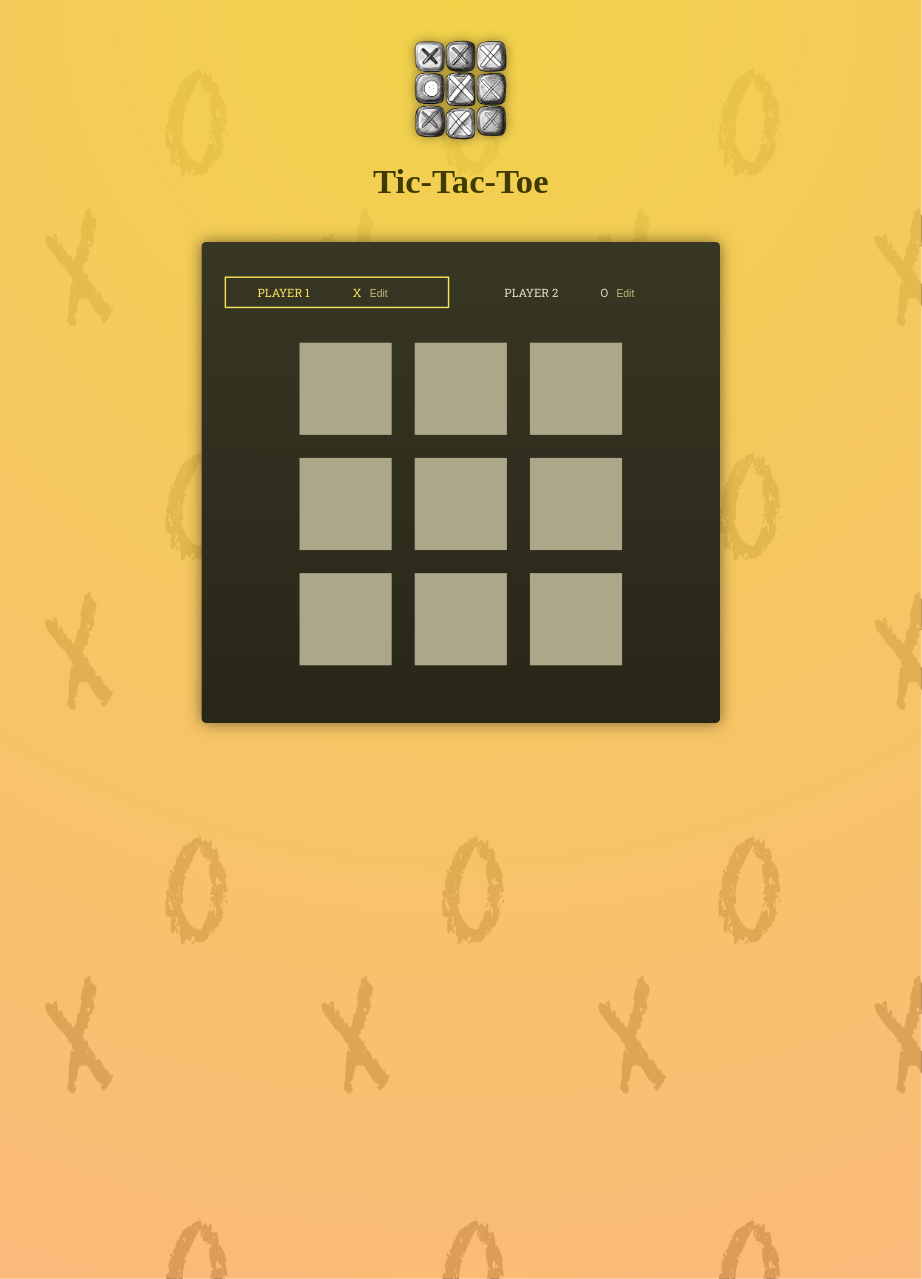
Repository: nithilprasathk/tic-tac-toe
Page: /
These files come from the project's save history. The page is drawn as it stood at one moment and after the next save; the edit follows.
The browser window is 1280 px wide. The pictures show the whole page, at 72% of full size.
Some web fonts or font styles are not loaded; a fallback is used. The project was rebuilt for these pictures with package versions that can differ from the ones it lists, and the page was loaded fresh each time. Also part of the build but not shown: vite.config.js, src/components/GameOver.jsx.

Above is the page before, as saved 2024-02-02 23:11:47.

### index.html
<!DOCTYPE html>
<html lang="en">
  <head>
    <meta charset="UTF-8" />
    <link rel="icon" type="image/svg+xml" href="/game-logo.png" />
    <meta name="viewport" content="width=device-width, initial-scale=1.0" />
    <title>React Tic-Tac-Toe</title>
  </head>
  <body>
    <header>
      <img src="game-logo.png" alt="Tic tac toe game board">
      <h1>Tic-Tac-Toe</h1>
    </header>
    <div id="root"></div>
    <script type="module" src="/src/index.jsx"></script>
  </body>
</html>

### src/App.jsx
import { useState } from "react";
import Player from "./components/Player";
import GameBoard from "./components/GameBoard";
import Log from "./components/Log";
import { WINNING_COMBINATIONS } from "./winning-combinations";
import GameOver from "./components/GameOver";

const initialGameBoard = [
  [null, null, null],
  [null, null, null],
  [null, null, null],
];

function deriveActivePlayer(gameTurns) {
  let currentPlayer = "X";
  if (gameTurns.length > 0 && gameTurns[0].player === "X") {
    currentPlayer = "O";
  }
  return currentPlayer;
}
function App() {
  const [gameTurns, setGameTurns] = useState([]);
  // const [activePlayer, setActivePlayer] = useState("X");
  const activePlayer = deriveActivePlayer(gameTurns);

  let gameBoard = initialGameBoard;
  for (const turn of gameTurns) {
    const { square, player } = turn;
    const { row, col } = square;
    gameBoard[row][col] = player;
  }
  let winning = null;
  for (const combinations of WINNING_COMBINATIONS) {
    const firstSquareSymbol =
      gameBoard[combinations[0].row][combinations[0].column];
    const secondSquareSymbol =
      gameBoard[combinations[1].row][combinations[1].column];
    const thirdSquareSymbol =
      gameBoard[combinations[2].row][combinations[2].column];
    if(firstSquareSymbol && firstSquareSymbol===secondSquareSymbol && firstSquareSymbol===thirdSquareSymbol){
           winning=firstSquareSymbol;
    }
  }
  let has
  function handleSelectSquare(rowIndex, colIndex) {
    // setActivePlayer((currentPlayer) => (currentPlayer === "X" ? "O" : "X"));
    setGameTurns((prevTurns) => {
      const currentPlayer = deriveActivePlayer(prevTurns);
      const updatedTurns = [
        { square: { row: rowIndex, col: colIndex }, player: currentPlayer },
        ...prevTurns,
      ];
      return updatedTurns;
    });
  }
  return (
    <main>
      <div id="game-container">
        <ol id="players" className="highlight-player">
          <Player
            intialName="Player 1"
            symbol="X"
            isActive={activePlayer === "X"}
          />
          <Player
            intialName="Player 2"
            symbol="O"
            isActive={activePlayer === "O"}
          />
        </ol>
        {winning && <GameOver winner={winning}/>}
        <GameBoard onSelectSquare={handleSelectSquare} board={gameBoard} />
      </div>
      <Log turns={gameTurns} />
    </main>
  );
}

export default App;

### src/components/Player.jsx
import { useState } from "react";
export default function Player({ intialName, symbol,isActive }) {
  const [playerName,setName] = useState(intialName);
  const [isEditing, setEditing] = useState(false);
  function handleEdit() {
    setEditing((editing)=>!editing);
  }
  function handleChange(event){
    setName(event.target.value);
  }
  let editablePlayerName = <span className="player-name">{playerName}</span>;
  if (isEditing) editablePlayerName = <input type="text" required value={playerName} onChange={handleChange}></input>;
  return (
    <li className={isActive ? "active" : undefined}>
      <span className="players">
        {editablePlayerName}
        <span className="player-symbol">{symbol}</span>
      </span>
      <button onClick={handleEdit}>{isEditing ? "Save" : "Edit"}</button>
    </li>
  );
}

### src/winning-combinations.js
export const WINNING_COMBINATIONS = [
    [
      { row: 0, column: 0 },
      { row: 0, column: 1 },
      { row: 0, column: 2 },
    ],
    [
      { row: 1, column: 0 },
      { row: 1, column: 1 },
      { row: 1, column: 2 },
    ],
    [
      { row: 2, column: 0 },
      { row: 2, column: 1 },
      { row: 2, column: 2 },
    ],
    [
      { row: 0, column: 0 },
      { row: 1, column: 0 },
      { row: 2, column: 0 },
    ],
    [
      { row: 0, column: 1 },
      { row: 1, column: 1 },
      { row: 2, column: 1 },
    ],
    [
      { row: 0, column: 2 },
      { row: 1, column: 2 },
      { row: 2, column: 2 },
    ],
    [
      { row: 0, column: 0 },
      { row: 1, column: 1 },
      { row: 2, column: 2 },
    ],
    [
      { row: 0, column: 2 },
      { row: 1, column: 1 },
      { row: 2, column: 0 },
    ],
  ];

Loaded but not shown: src/index.jsx (common file); src/index.css (common file); src/components/GameBoard.jsx (common file); src/components/Log.jsx (common file)

After the next save:
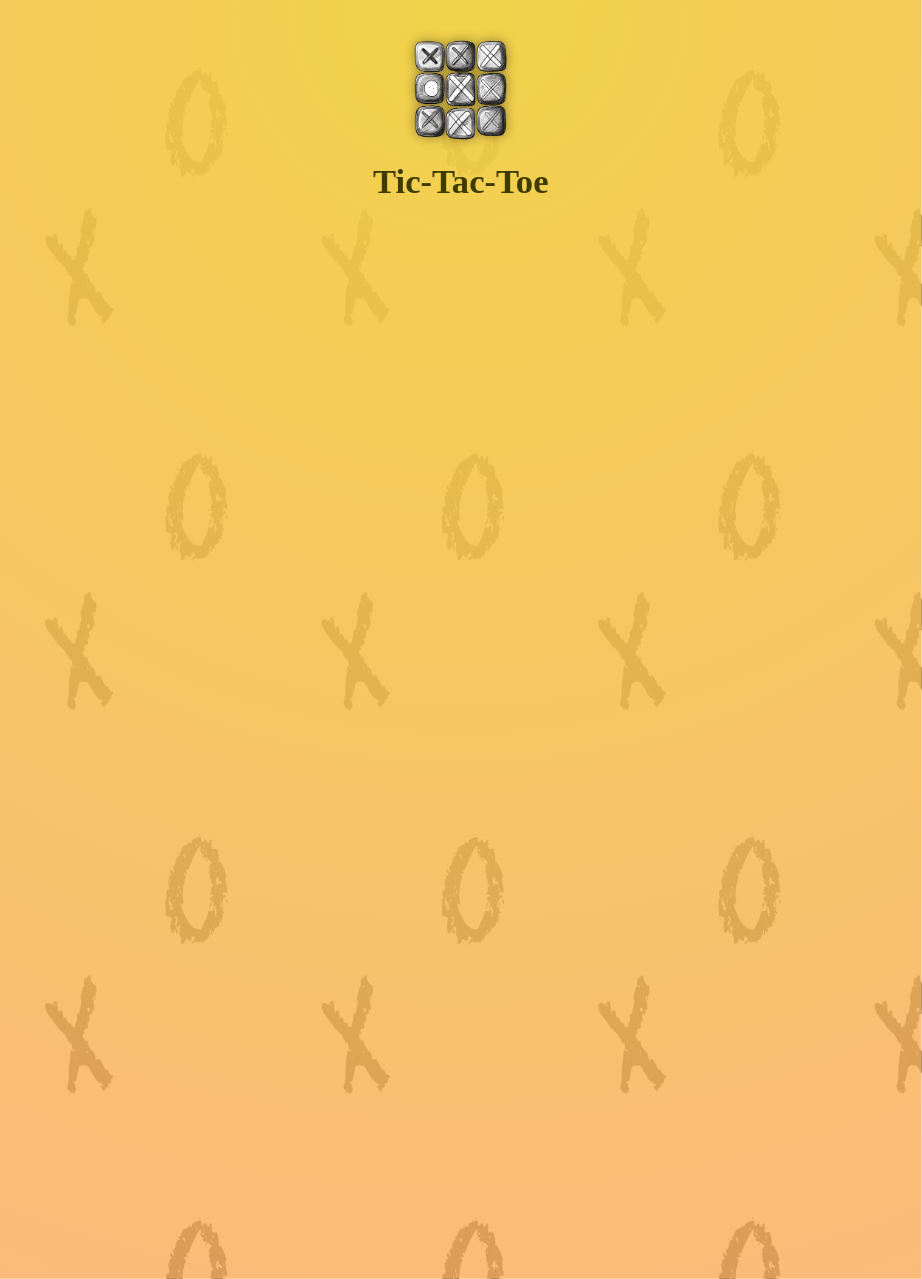
Console error: ReferenceError: handleSelectSquare is not defined
Saved 4 s later.
--- a/src/App.jsx
+++ b/src/App.jsx
@@ -41,7 +41,7 @@
            winning=firstSquareSymbol;
     }
   }
-  let has
+  let hasDraw =
   function handleSelectSquare(rowIndex, colIndex) {
     // setActivePlayer((currentPlayer) => (currentPlayer === "X" ? "O" : "X"));
     setGameTurns((prevTurns) => {

After the 2 saves that followed:
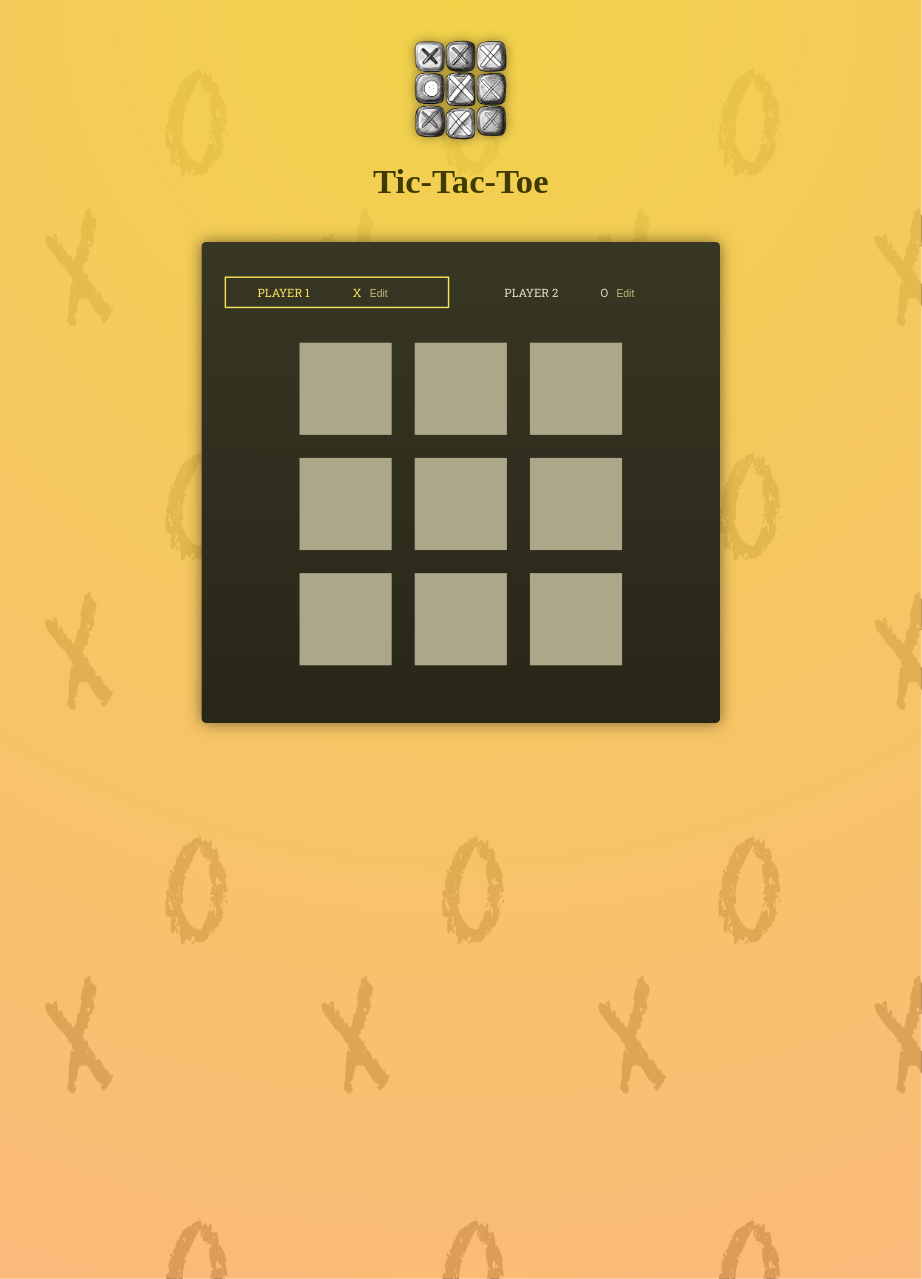
The error is gone.
The 2 saves are shown as one change because they came seconds apart.
The last was saved 39 s later.
--- a/src/App.jsx
+++ b/src/App.jsx
@@ -41,7 +41,7 @@
            winning=firstSquareSymbol;
     }
   }
-  let hasDraw =
+  let hasDraw = gameTurns.length === 9
   function handleSelectSquare(rowIndex, colIndex) {
     // setActivePlayer((currentPlayer) => (currentPlayer === "X" ? "O" : "X"));
     setGameTurns((prevTurns) => {
